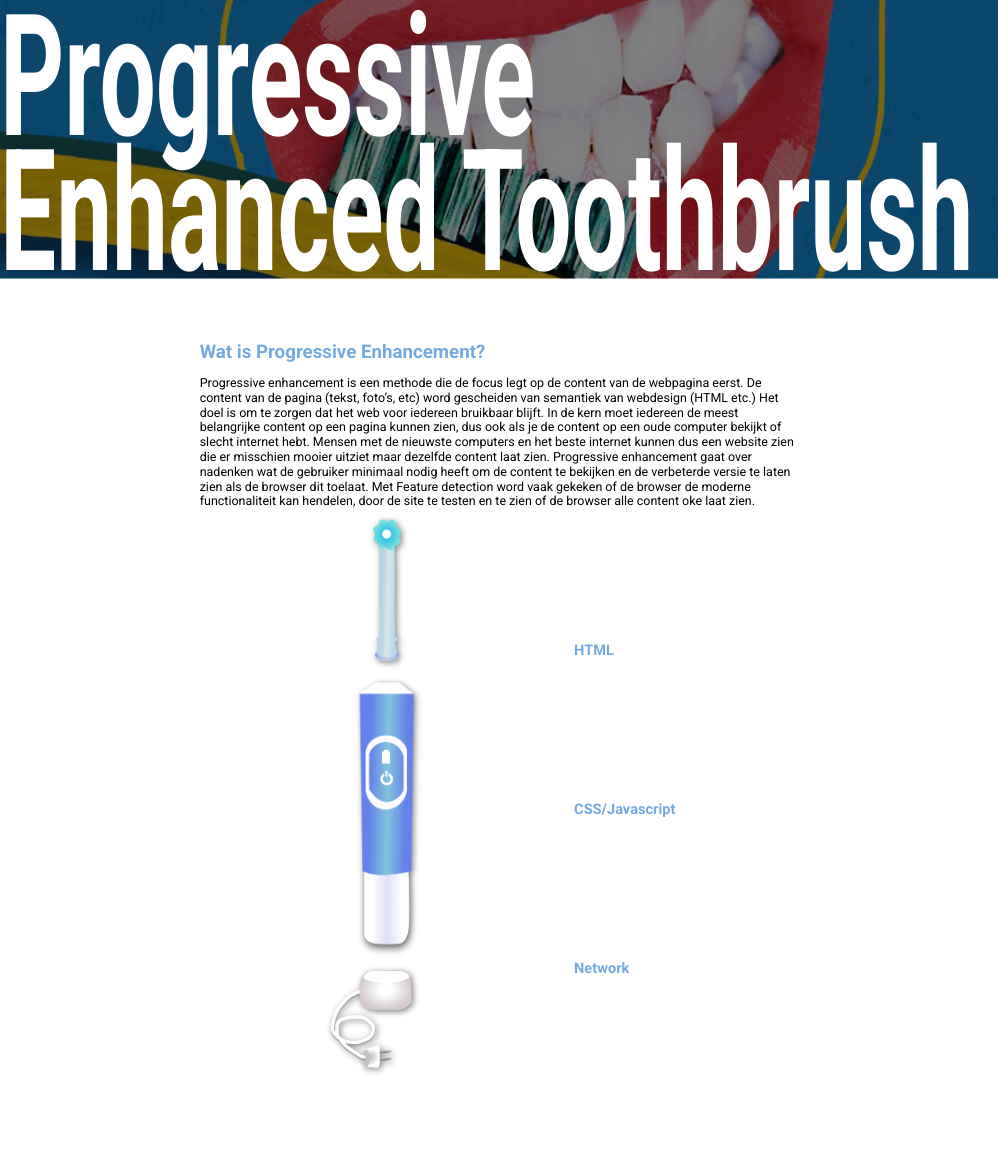
Repository: norakramer1/browser-technologies-2122
Page: progressive-enhanced-toothbrush-main/index.html
The author's editor kept a copy of each file at every save. The page is drawn from the files as they stood at one save, then again after the next save.
The browser window is 1280 px wide. The pictures show the whole page, at 78% of full size.
The pointer rests on the first visible `article:nth-child(2) ul:first-child`.

Above is the page before, as saved 2022-03-23 13:46:14.

After the next save:
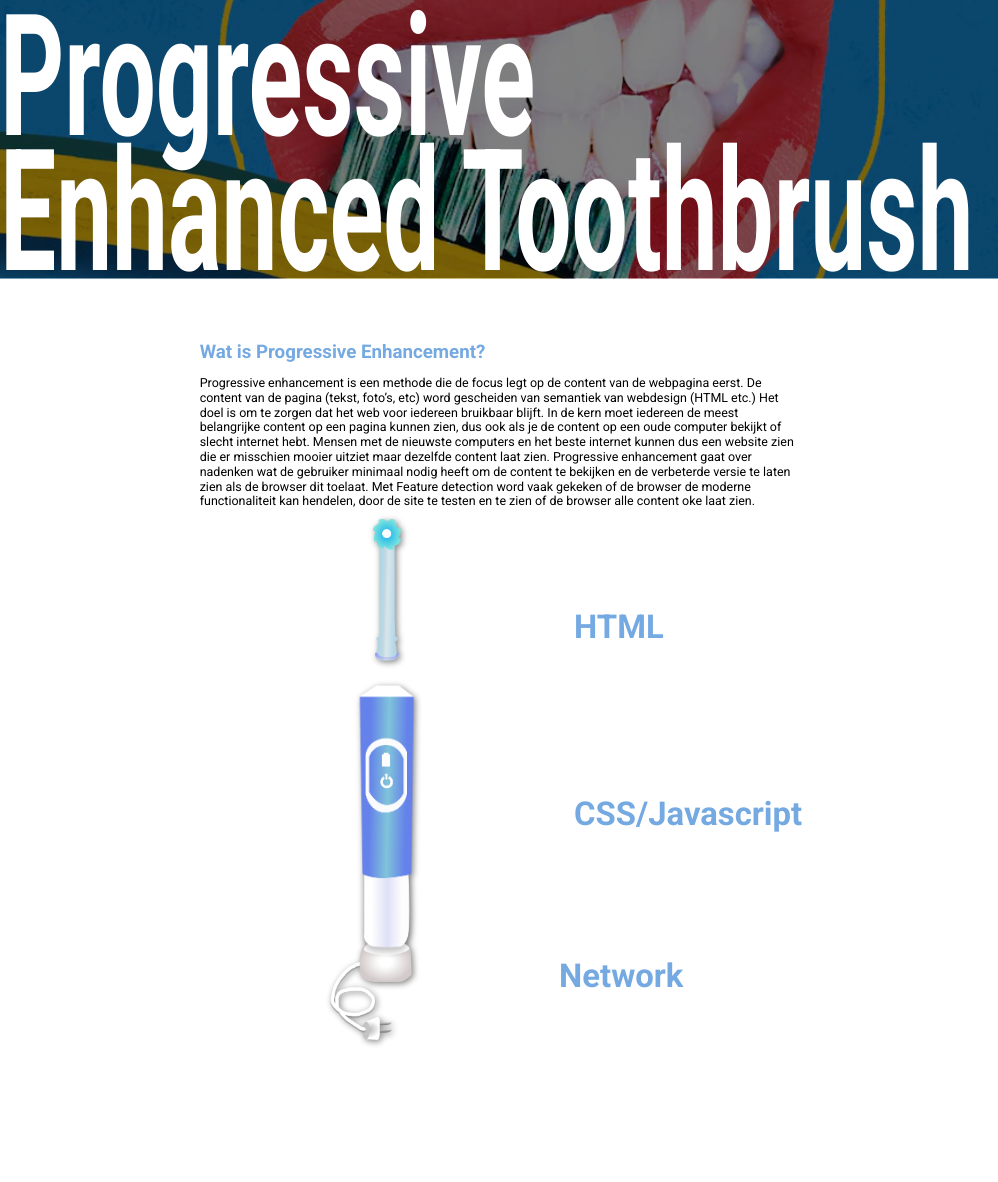
Saved 105 s later.
--- a/progressive-enhanced-toothbrush-main/style.css
+++ b/progressive-enhanced-toothbrush-main/style.css
@@ -49,7 +49,7 @@ article:nth-child(2) ul:first-child {
     transition: 1s;
 }
 
-article:nth-child(2) ul:first-child:hover {
+article:nth-child(2):hover ul:first-child {
     transform: scale(1.1);
 }
 
@@ -77,11 +77,11 @@ article:nth-child(2) ul:first-child li:last-of-type {
     width: 6rem;
 }
 
-article:nth-child(2) ul:first-child:hover li:first-of-type {
+article:nth-child(2):hover li:first-of-type {
     transform: translateY(-2rem);
 }
 
-article:nth-child(2) ul:first-child:hover li:last-of-type {
+article:nth-child(2):hover li:last-of-type {
     transform: translate(-1.2rem, 0);
 }
 
@@ -89,7 +89,7 @@ article:nth-child(2) h3 {
     color: #75A9E1;
 }
 
-article:nth-child(2) ul:first-child:hover ul {
+article:nth-child(2):hover ul {
     font-size: 36px;
 }
 
